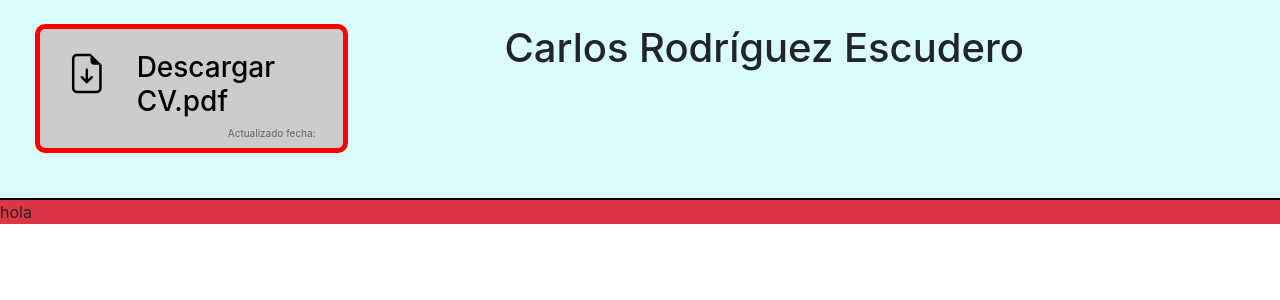
Repository: CarlosRoEs/CarlosWebCV
Page: index.html
The author's editor kept a copy of each file at every save. The page is drawn from the files as they stood at one save, then again after a run of saves.
The browser window is 1280 px wide. The pictures show the whole page.
The style sheet was rebuilt from its Sass, Less or Tailwind sources for each picture, by a compiler version that may differ from the author's.

Above is the page before, as saved 2020-09-15 16:31:32.

After the next 2 saves:
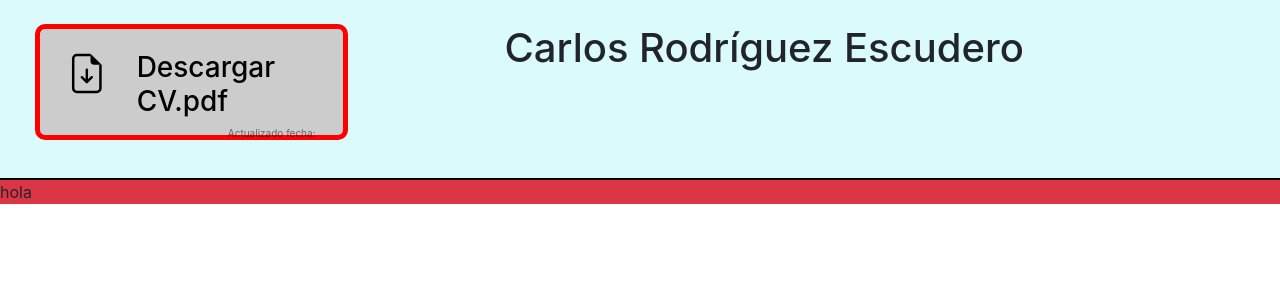
The 2 saves are shown as one change because they came seconds apart.
The last was saved 10 s later.
--- a/Sass/header.scss
+++ b/Sass/header.scss
@@ -4,7 +4,7 @@
 }
 
 #row-header {
-    height: 200px;
+    height: 180px;
     text-align: center;
     border-bottom: 2px solid black;
     background-color: rgba(175, 244, 247, 0.446);
